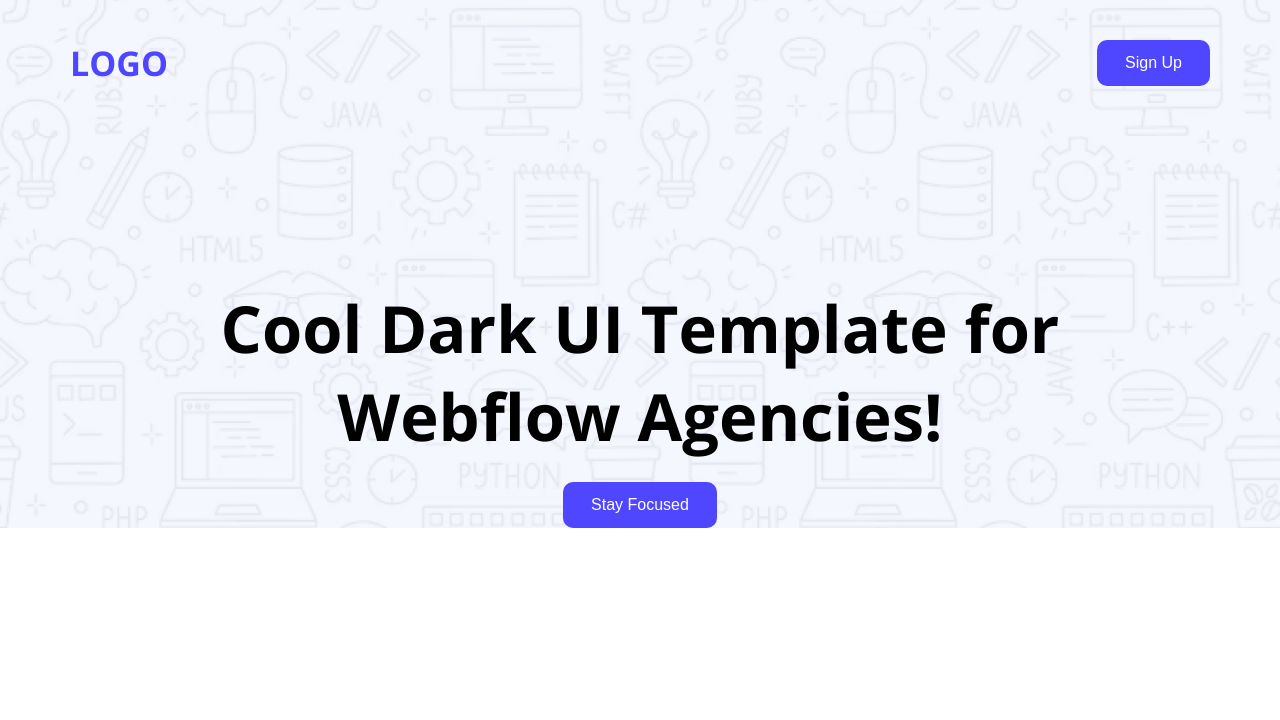
Repository: nahid-hasann/website-3
Page: index.html
These files come from the project's save history. The page is drawn as it stood at one moment and after a run of saves; the edit follows.
The browser window is 1280 px wide. The pictures show the whole page.

Above is the page before, as saved 2025-07-10 19:32:17.

After the next 6 saves:
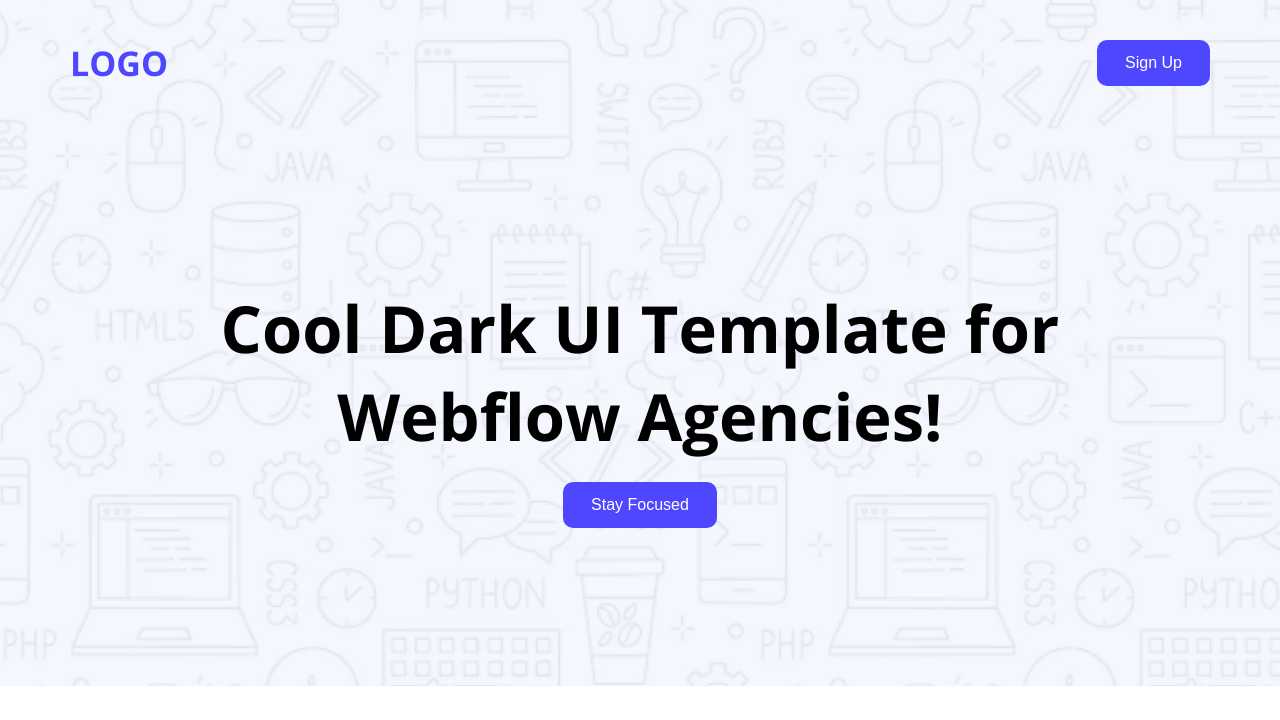
The 6 saves are shown as one change because they came seconds apart.
The last was saved 25 s later.
--- a/style.css
+++ b/style.css
@@ -45,6 +45,7 @@
     flex-direction: column;
     justify-content: center;
     align-items: center;
-    margin: 158px auto;
+    margin:  auto;
+    padding: 158px 0;
 
 }
